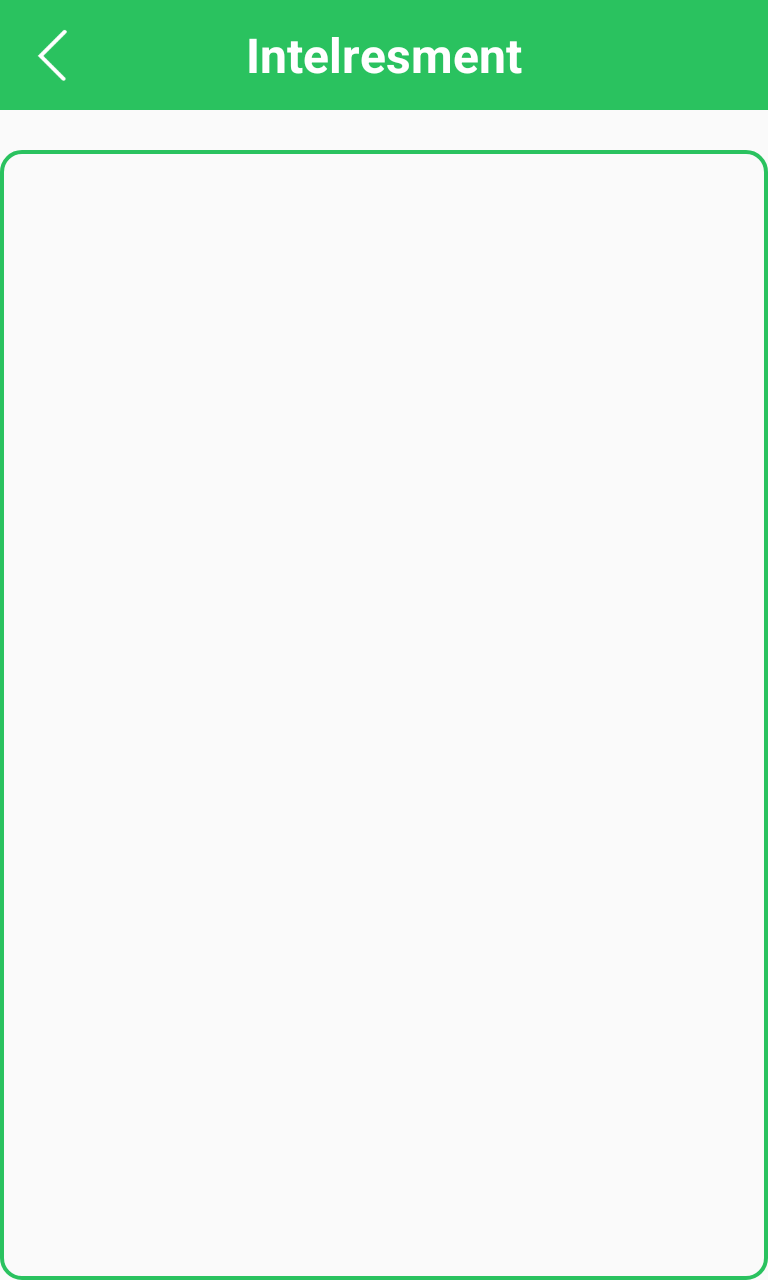
Repository: yenthanh132/Intelresment_AndroidClientApp
Layout: Intelresment/res/layout/activity_login.xml
These files come from the project's save history. The layout is drawn as it stood at one moment and after the next save; the edit follows.
It is drawn on a 768 x 1280 px phone screen (xhdpi) without system bars, with theme AppTheme; the app's code is not run. Lists and similar views that code fills are empty.

Above is the layout before, as saved 2014-12-28 13:43:45.

After the next save:
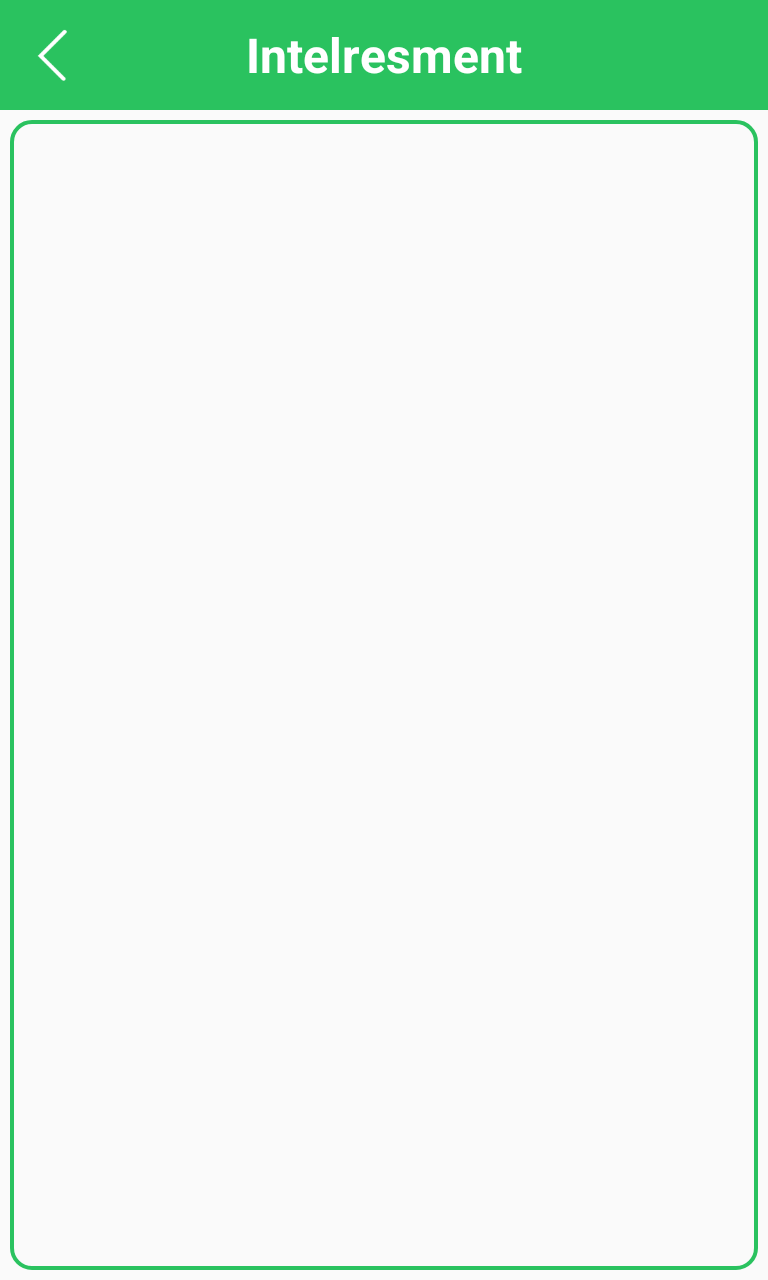
Saved 10 s later.
--- a/Intelresment/res/layout/activity_login.xml
+++ b/Intelresment/res/layout/activity_login.xml
@@ -35,7 +35,7 @@
         android:layout_width="match_parent"
         android:layout_height="match_parent"
         android:layout_below="@+id/header"
-        android:layout_marginTop="20dp"
+        android:layout_margin="5dp"
         android:background="@drawable/oval_rectangle"
         android:padding="4dp" >
 
